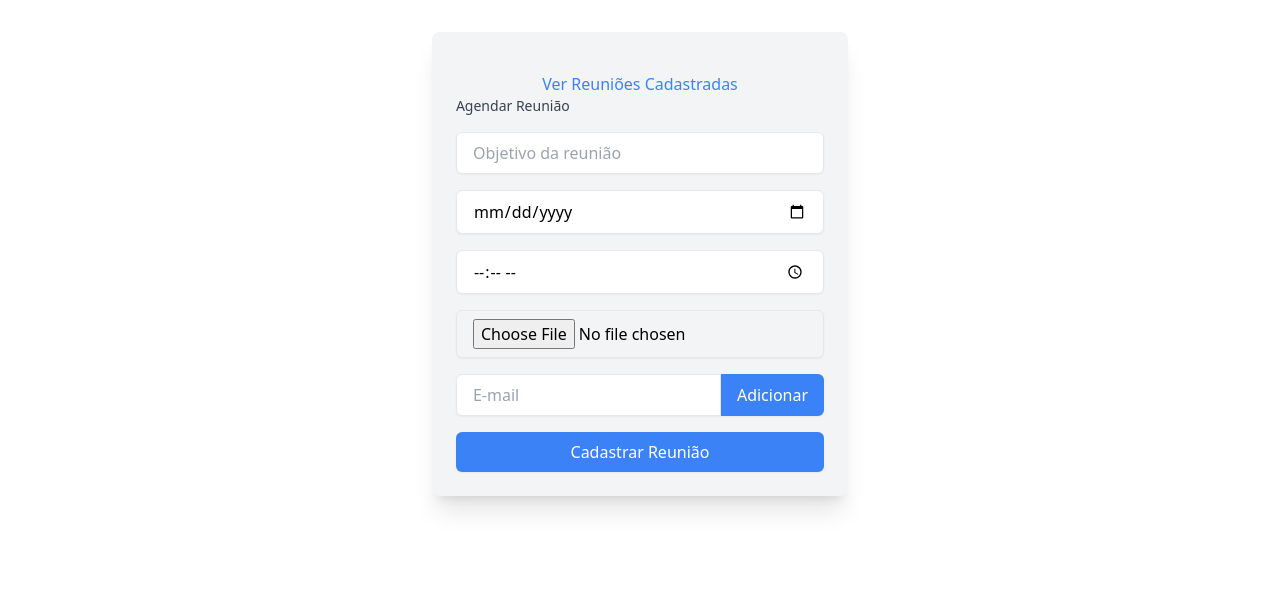
Repository: TamiBeira/meeting
Page: /form
These files come from the project's save history. The page is drawn as it stood at one moment and after the next save; the edit follows.
The browser window is 1280 px wide. The pictures show the whole page.
The project was rebuilt for these pictures with package versions that can differ from the ones it lists, and the page was loaded fresh each time. Also part of the build but not shown: vite.config.ts, src/components/MeetingsView.tsx, src/components/HomePage.tsx.

Above is the page before, as saved 2024-02-26 19:18:28.

After the next save:
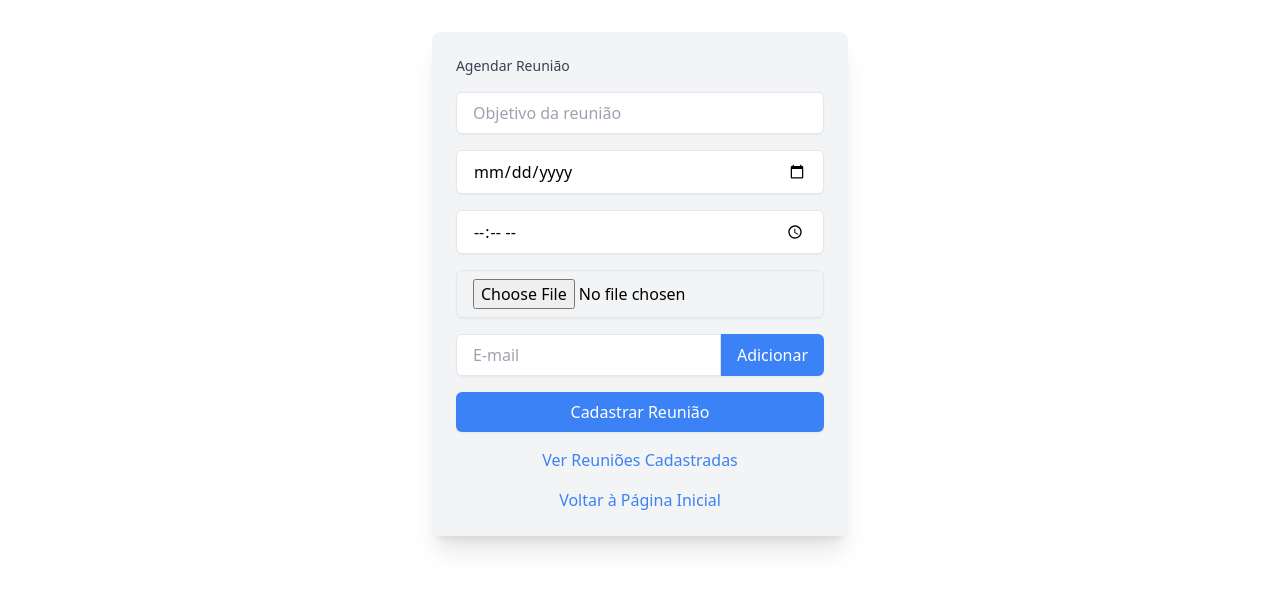
Saved 69 s later.
--- a/src/components/Form.tsx
+++ b/src/components/Form.tsx
@@ -24,8 +24,6 @@ export const Form = () => {
   return (
     <main className="flex justify-center mt-8">
       <div className="mx-auto max-w-md p-6 bg-gray-100 rounded-lg shadow-xl">
-      <Link to="/meetings" className="block text-center mt-4 text-blue-500 hover:underline">Ver Reuniões Cadastradas</Link>
-
         <form onSubmit={handleSubmit} className="space-y-4">
           <label htmlFor="reuniao" className="block text-sm font-medium text-gray-700">Agendar Reunião</label>
           <input
@@ -97,6 +95,8 @@ export const Form = () => {
             Cadastrar Reunião
           </button>
         </form>
+        <Link to="/meetings" className="block text-center mt-4 text-blue-500 hover:underline">Ver Reuniões Cadastradas</Link>
+        <Link to="/" className="block text-center mt-4 text-blue-500 hover:underline">Voltar à Página Inicial</Link>
         <ToastContainer />
       </div>
     </main>
